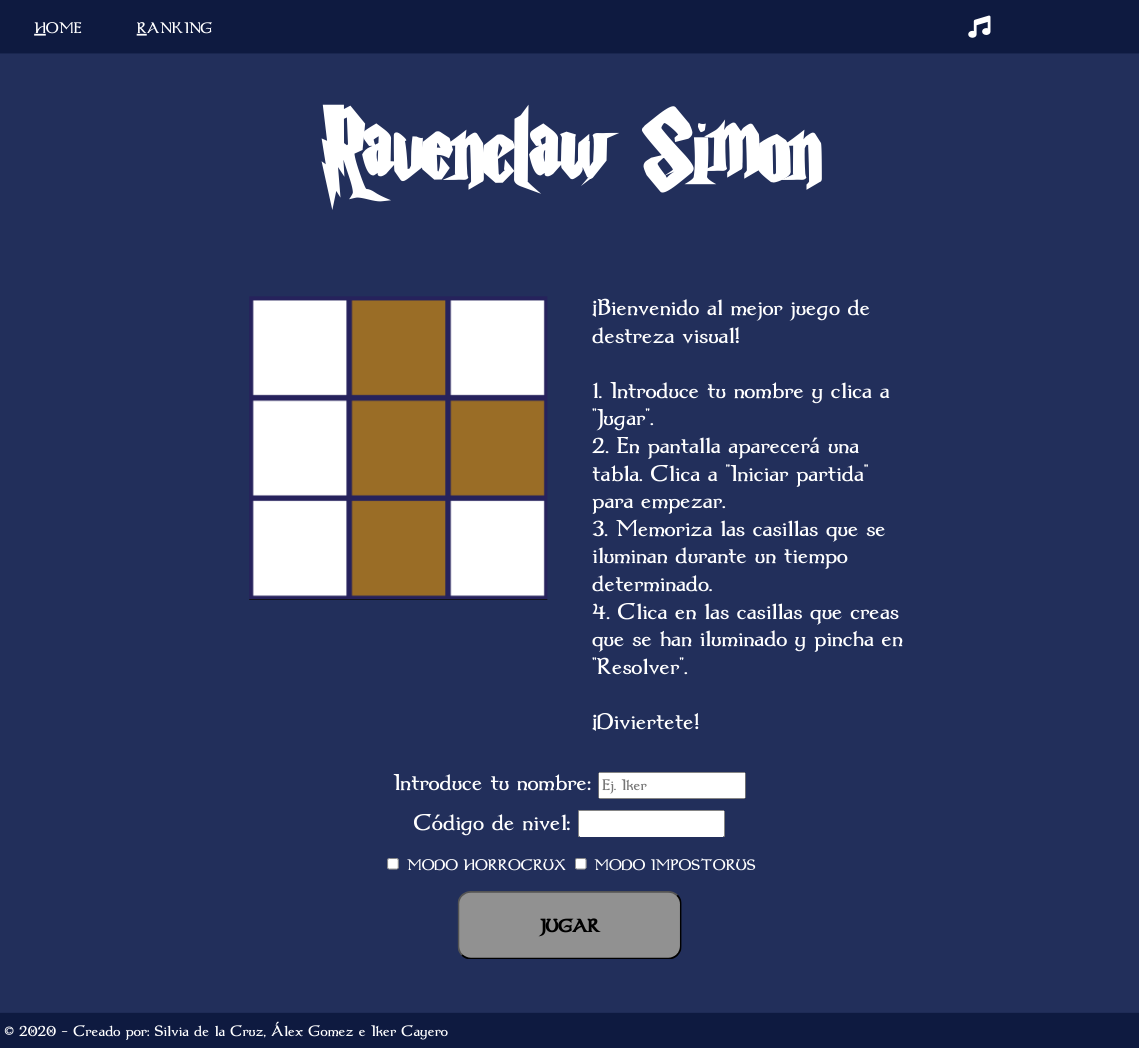
Repository: alexgomezdev/RavenclawSimon
Page: http://localhost/
The author's editor kept a copy of each file at every save. The page is drawn from the files as they stood at one save, then again after the next save.
The browser window is 1280 px wide. The pictures show the whole page, at 89% of full size.
Some web libraries are served in a nearby version. The page is run by PHP 8.4 with error messages shown; the project is at /var/www/html/.

Above is the page before, as saved 2020-11-05 16:37:26.

### index.php
<!DOCTYPE html>
<html>
<?php
//prueba
session_start();
?>

<head>
    <meta charset="UTF-8">
    <title>Ravenclaw Simon</title>
    <link rel="stylesheet" href="templates/general.css">
    <link rel="stylesheet" href="templates/index.css">
    <script type="text/javascript" src="js/index.js"></script>
    <script src="https://kit.fontawesome.com/74ec47558a.js" crossorigin="anonymous"></script>
</head>

<body>
    <header>
        <div id="home_link_div">
            <a href="index.php" id="home_link" accesskey="h"><underline class='accesskey'>H</underline>OME</a>
        </div>
        <div id="ranking_link_div">
            <a href="ranking.php" id="ranking_link" accesskey="r"><underline class='accesskey'>R</underline>ANKING</a>
        </div>
        <div class="audio">
            <audio id="audio" src="templates/assets/audio/ringtones-harry-potter.mp3"></audio>
            <div>
                <a onclick="player()"><i class="fas fa-music"></i></a>
            </div>
        </div>
    </header>
    <main>
        <div id="title">
            <h1>Ravenclaw Simon</h1>
        </div>
        <div class="container">
            <div id="img">
                <img src="templates/assets/home_img.png" alt="Simon Game">
            </div>
            <div id="manual">
                <p id="manual_paragraph">
                    ¡Bienvenido al mejor juego de destreza visual!
                    <br>
                    <br>
                    1. Introduce tu nombre y clica a "Jugar".
                    <br>
                    2. En pantalla aparecerá una tabla. Clica a "Iniciar partida" para empezar.
                    <br>
                    3. Memoriza las casillas que se iluminan durante un tiempo determinado.
                    <br>
                    4. Clica en las casillas que creas que se han iluminado y pincha en "Resolver".
                    <br>
                    <br>
                    ¡Diviertete!
                </p>
            </div>
        </div>
        <form method="POST" action="start.php">
            <div id="name_introduction">
                <?php
                if (isset($_SESSION['user'])) {
                    echo "<label for='username'>Introduce tu nombre: </label><input type='text' id='username' name='username' placeholder='Ej. Iker' value='" . $_SESSION['user'] . "' required oninvalid='this.setCustomValidity(\"Introduce un nombre\")' onchange='this.setCustomValidity(\"\")'>";
                } else {
                    echo '<label for="username">Introduce tu nombre: </label><input type="text" id="username" name="username" placeholder="Ej. Iker" required oninvalid="this.setCustomValidity(\'Introduce un nombre\')" onchange="this.setCustomValidity(\'\')">';
                }
                ?>
            </div>
            <div id="level_introduction">
                <label for="username">Código de nivel: </label><input type="text" id="level" name="level" />
            </div>
            <div id="games_type">
                <input type="checkbox" class="checkbox" id="lier" name="lier">
                <label for="lier" title="Modo mentiroso">MODO HORROCRUX</label>
                <input type="checkbox" class="checkbox" id="survive" name="survive">
                <label for="survive" title="Modo supervivencia">MODO IMPOSTORUS</label>
            </div>
            <div id="button_div">
                <button id="button_play" accesskey="j">
                    <h3><underline class='accesskey'>J</underline>UGAR</h3>
                </button>
            </div>
        </form>
    </main>
    <footer>
        <div id="footer_content">
            &#0169 2020 - Creado por: Silvia de la Cruz, Álex Gomez e Iker Cayero
        </div>
    </footer>
</body>

</html>

### templates/general.css
@font-face {
  font-family: "Harry_Potter";
  src: url("../templates/typography/HARRYP.TTF") format("truetype");
}

@font-face {
  font-family: "Dumbledore";
  src: url("../templates/typography/dumbledor.1.ttf") format("truetype");
}

html {
  min-height: 100%;
  position: relative;
}

body {
  font-family: "Dumbledore";
  background-color: #222f5b;
}

header {
  background-color: #0e1a40;
  top: 0;
  left: 0;
  position: fixed;
  width: 100%;
  height: 60px;
  display: inline-flex;
}

#home_link_div {
  margin-left: 3%;
  padding-top: 9px;
  text-align: center;
  width: 3%;
  height: 100%;
  margin-right: none;
}

#home_link {
  display: flex;
  justify-content: center;
  align-items: center;
  color: #ffffff;
  font-size: 20px;
  text-decoration: none;
  width: min-content;
  height: 60%;
  margin-top: 10%;
  margin-bottom: 10%;
}

#title {
  color: #ffffff;
  font-family: "Harry_Potter";
  font-size: 60px;
  width: 100%;
  text-align: center;
  margin-top: 120px;
}

underline {
  text-decoration: underline;
}
main {
  width: 100%;
}

footer {
  color: #ffffff;
  background-color: #0e1a40;
  bottom: 0;
  left: 0;
  position: absolute;
  width: 100%;
  height: 30px;
  display: flex;
  padding-top: 10px;
  clear: both;
}

#footer_content {
  margin-left: 5px;
  color: #ffffff;
  font-size: 20px;
  vertical-align: center;
  height: 60%;
}

### templates/index.css
#ranking_link_div {
  margin-left: 6%;
  padding-top: 9px;
  text-align: center;
  width: 3%;
  height: 100%;
  margin-right: none;
}

#ranking_link {
  display: flex;
  justify-content: center;
  align-items: center;
  color: #ffffff;
  font-size: 20px;
  text-decoration: none;
  width: min-content;
  height: 60%;
  margin-top: 10%;
  margin-bottom: 10%;
}

.container {
  display: flex;
  margin-top: 5%;
  margin-right: 15%;
  margin-bottom: 3%;
  width: 100%;
}

#img {
  padding-top: 1%;
  text-align: right;
  width: 48%;
  height: 100%;
  margin-right: 2%;
}

#manual {
  color: #ffffff;
  width: 28%;
  height: 100%;
  margin-left: 2%;
  font-size: 30px;
}

#manual_paragraph {
  margin-bottom: 0px;
  margin-top: 10px;
}

#button_div {
  margin-top: 20px;
  margin-bottom: 100px;
  text-align: center;
  width: 100%;
}

#button_play {
  border-radius: 15px;
  background-color: #919191;
  font-family: "Dumbledore";
  font-size: 20px;
  width: 20%;
  height: 100%;
}

#button_play:hover {
  color: #5d5d5d;
  background-color: #ffffff;
}

#name_introduction {
  font-size: 30px;
  text-align: center;
  width: 100%;
  color: #ffffff;
}

#username {
  height: 25px;
  font-family: "Dumbledore";
  font-size: 20px;
}

#games_type {
  font-size: 20px;
  color: #ffffff;
  margin-top: 20px;
  text-align: center;
}

#level_introduction {
  font-size: 30px;
  text-align: center;
  width: 100%;
  color: #ffffff;
}

#level {
  margin-top: 1%;
  height: 25px;
  font-family: "Dumbledore";
  font-size: 20px;
}

.audio {
  display: flex;
  justify-content: center;
  align-items: center;
  margin-left: 70%;
}

i {
  color: white;
  font-size: 25px;
}

### js/index.js
function player() {
    document.getElementById('audio').play()
    document.getElementById('audio').pause()
    document.getElementById('audio').volume+=0.1
    document.getElementById('audio').volume-=0.1
}

After the next save:
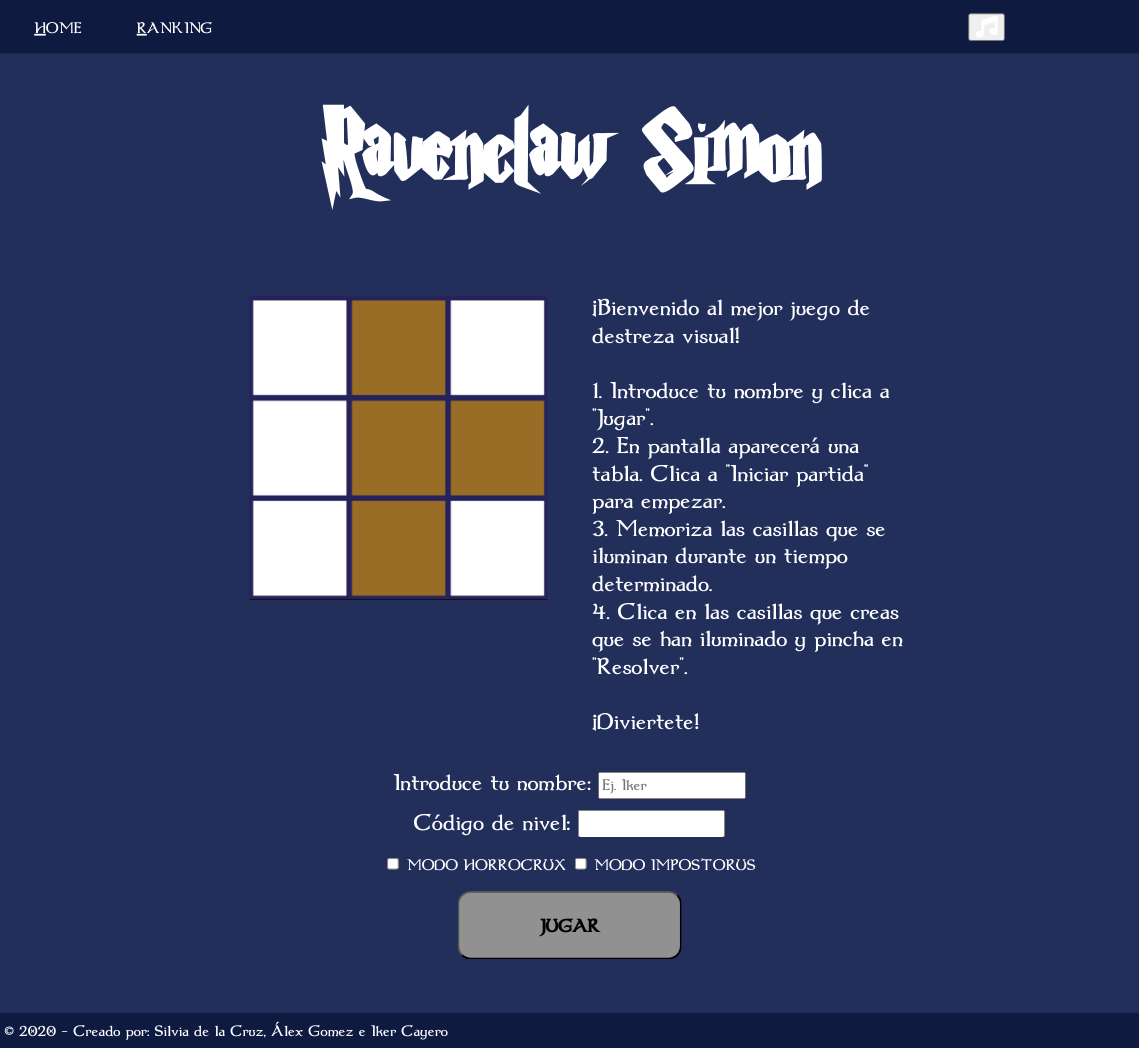
Saved 40 s later.
--- a/index.php
+++ b/index.php
@@ -25,7 +25,7 @@
         <div class="audio">
             <audio id="audio" src="templates/assets/audio/ringtones-harry-potter.mp3"></audio>
             <div>
-                <a onclick="player()"><i class="fas fa-music"></i></a>
+                <button onclick="player()"><i class="fas fa-music"></i></button>
             </div>
         </div>
     </header>

After the save that followed:
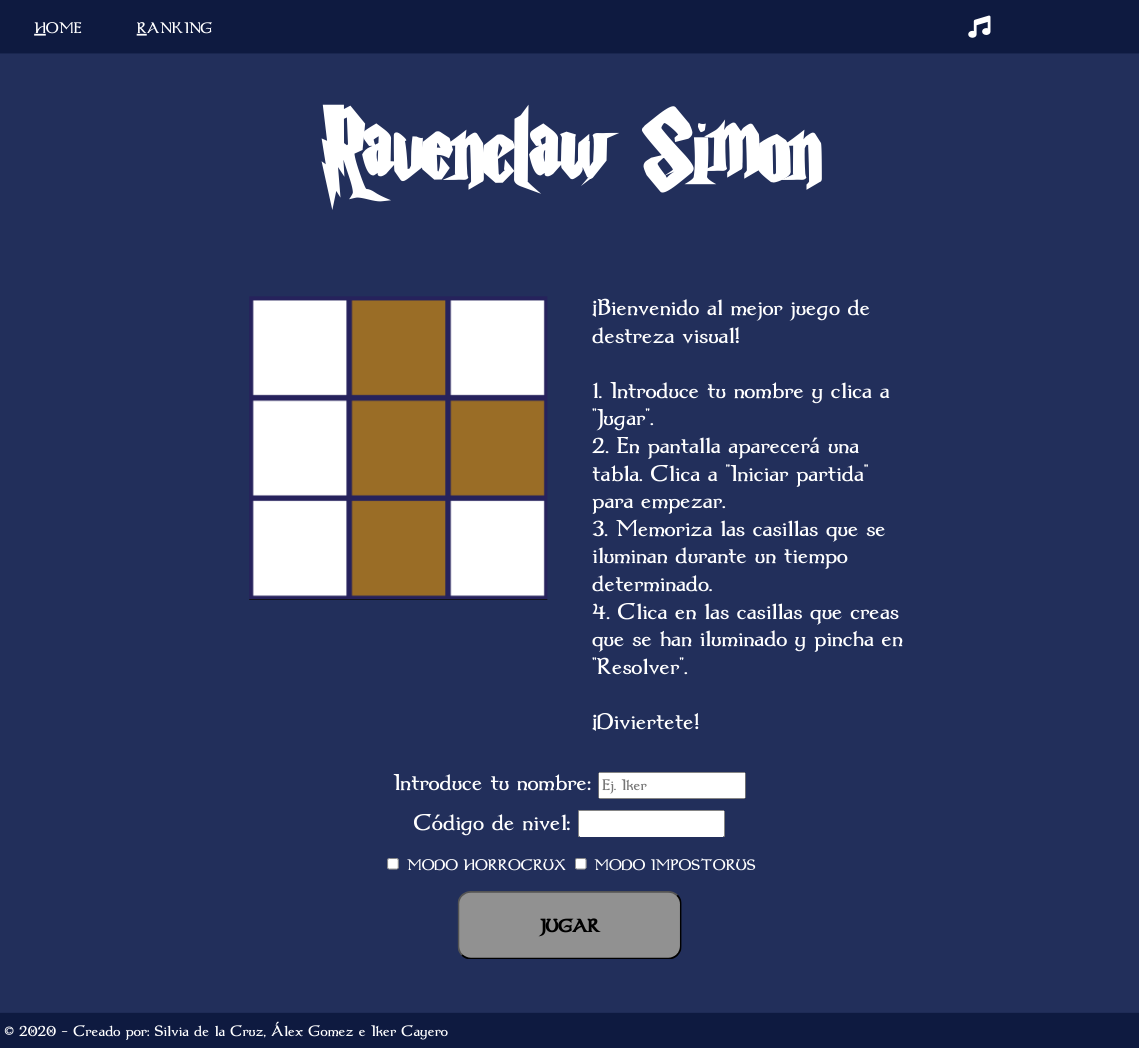
Saved 23 s later.
--- a/index.php
+++ b/index.php
@@ -25,7 +25,7 @@
         <div class="audio">
             <audio id="audio" src="templates/assets/audio/ringtones-harry-potter.mp3"></audio>
             <div>
-                <button onclick="player()"><i class="fas fa-music"></i></button>
+                <a onclick="player()"><i class="fas fa-music"></i></a>
             </div>
         </div>
     </header>
